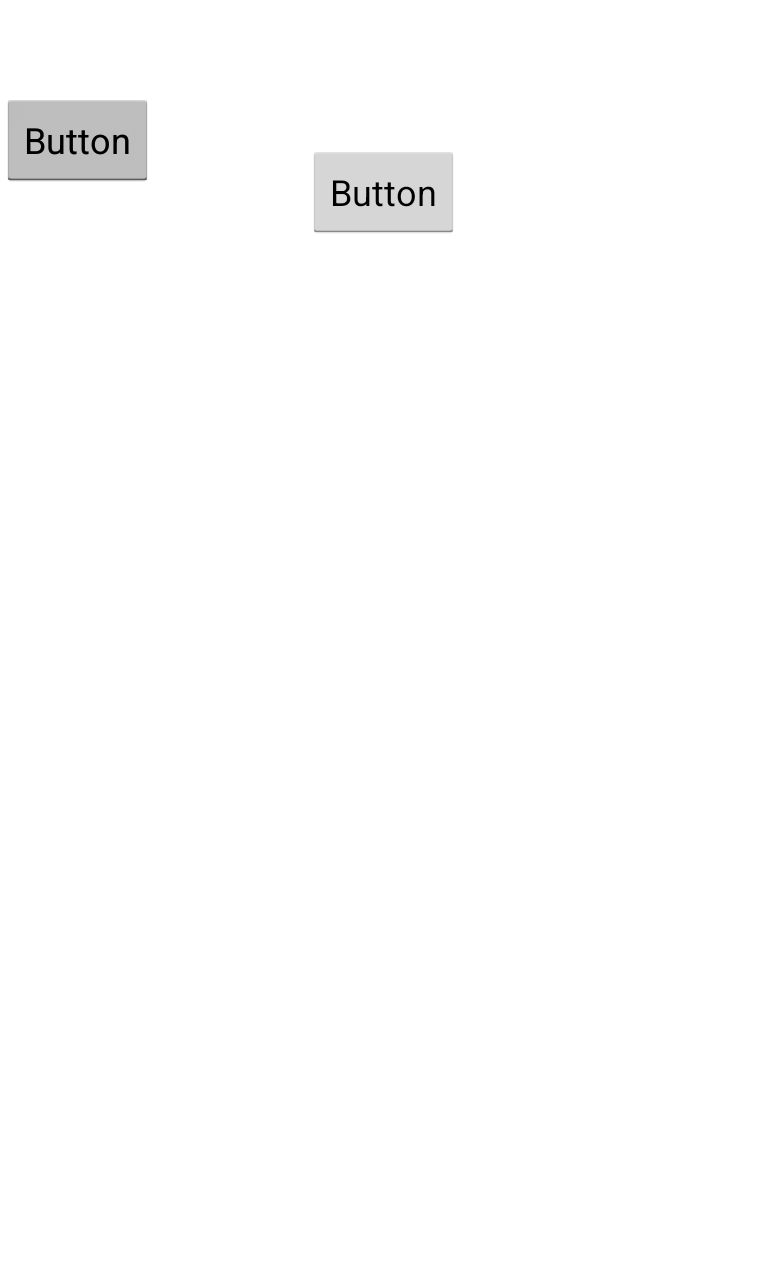
Repository: srivast6/SafeWalk
Layout: android/SafeWalk/res/layout/pop_up.xml
An editor plug-in stored every save of this project. The layout is shown before and after the next save, followed by the edit.
It is drawn on a 768 x 1280 px phone screen (xhdpi) without system bars, with theme android:Theme.Holo.Light; the app's code is not run.

Above is the layout before, as saved 2013-11-20 00:48:36.

### android/SafeWalk/res/layout/pop_up.xml
<?xml version="1.0" encoding="utf-8"?>
<LinearLayout xmlns:android="http://schemas.android.com/apk/res/android"
    style="?android:attr/buttonBarStyle"
    android:layout_width="fill_parent"
    android:layout_height="fill_parent"
    android:layout_weight="0"
    android:orientation="horizontal" >

    <RelativeLayout
        android:layout_width="match_parent"
        android:layout_height="match_parent" >

        <Button
            android:id="@+id/acceptMessage"
            android:layout_width="wrap_content"
            android:layout_height="wrap_content"
            android:layout_alignParentTop="true"
            android:layout_centerHorizontal="true"
            android:layout_marginTop="72dp"
            android:text="Button" />

        <Button
            android:id="@+id/button2"
            android:layout_width="wrap_content"
            android:layout_height="wrap_content"
            android:layout_below="@+id/button1"
            android:layout_marginTop="46dp"
            android:layout_toLeftOf="@+id/button1"
            android:text="Button" />

        <Button
            android:id="@+id/button3"
            android:layout_width="wrap_content"
            android:layout_height="wrap_content"
            android:layout_alignBaseline="@+id/button2"
            android:layout_alignBottom="@+id/button2"
            android:layout_toRightOf="@+id/button1"
            android:text="Button" />

    </RelativeLayout>

</LinearLayout>

After the next save:
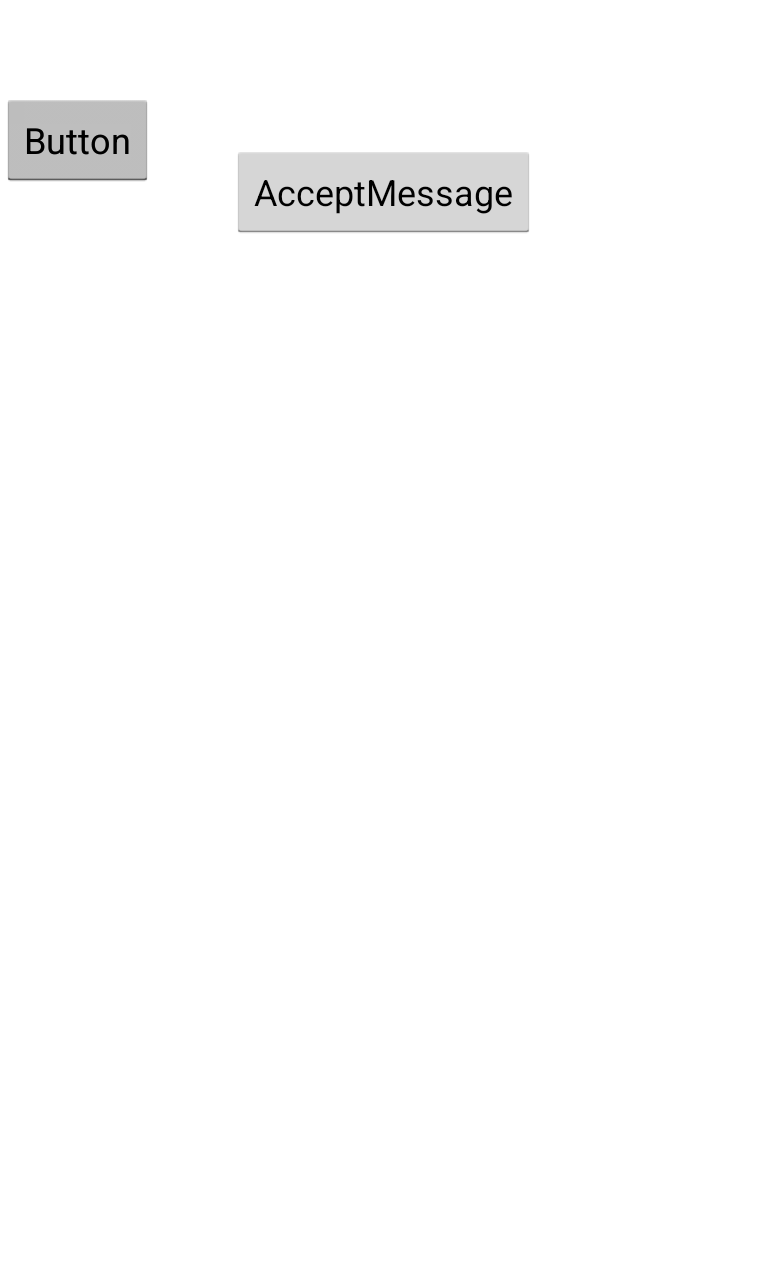
Saved 7 s later.
--- a/android/SafeWalk/res/layout/pop_up.xml
+++ b/android/SafeWalk/res/layout/pop_up.xml
@@ -17,7 +17,7 @@
             android:layout_alignParentTop="true"
             android:layout_centerHorizontal="true"
             android:layout_marginTop="72dp"
-            android:text="Button" />
+            android:text="AcceptMessage" />
 
         <Button
             android:id="@+id/button2"
